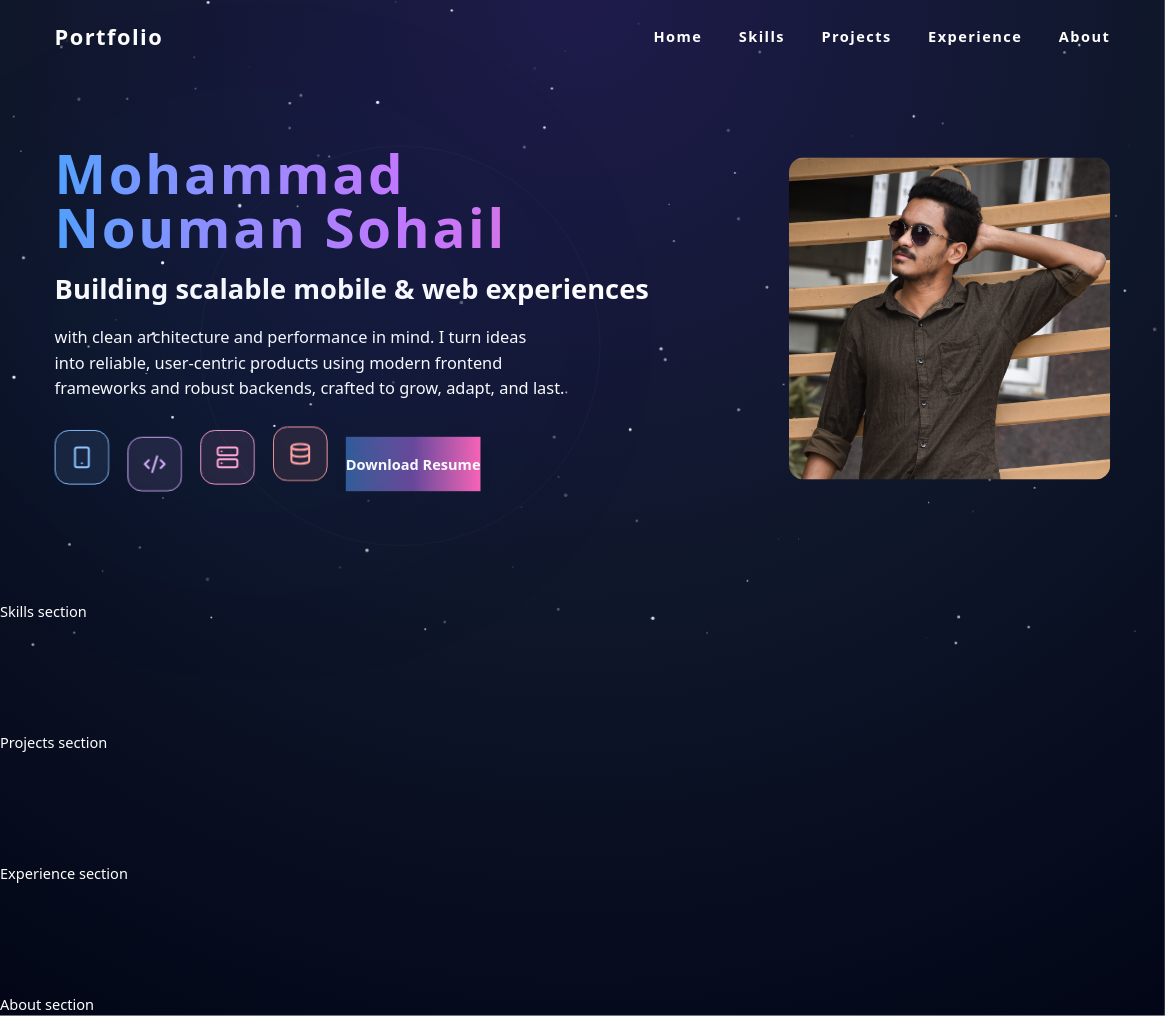
Repository: NoumanSohail/Nouman-Sohail-Portfolio
Page: /
The author's editor kept a copy of each file at every save. The page is drawn from the files as they stood at one save, then again after the next save.
The browser window is 1280 px wide. The pictures show the whole page, at 91% of full size.
The project was rebuilt for these pictures with package versions that can differ from the ones it lists, and the page was loaded fresh each time. The framework's server and built-in components were replaced by stand-ins that run in the browser. Also part of the build but not shown: next.config.ts.

Above is the page before, as saved 2026-01-24 21:21:03.

### app/layout.tsx
import type { Metadata } from "next";
import { Geist, Geist_Mono } from "next/font/google";
import "./globals.css";
import Navbar from "./components/header/Navbar";
import StarBackground from "./components/ui/StarBackground";

const geistSans = Geist({
  variable: "--font-geist-sans",
  subsets: ["latin"],
});

const geistMono = Geist_Mono({
  variable: "--font-geist-mono",
  subsets: ["latin"],
});

export const metadata: Metadata = {
  title: "Create Next App",
  description: "Generated by create next app",
};

export default function RootLayout({
  children,
}: Readonly<{
  children: React.ReactNode;
}>) {
  return (
    <html lang="en">
      <body
        className={`${geistSans.variable} ${geistMono.variable} antialiased`}
      >
        <StarBackground />
        <Navbar />
        {children}
      </body>
    </html>
  );
}

### app/page.tsx
import React from 'react'
import Hero from './components/sections/Hero'
import Skills from './components/sections/Skills'
import Projects from './components/sections/Projects'
import Experience from './components/sections/Experience'
import About from './components/sections/About'

const page = () => {
  return (
    <div>
      <Hero />
      <Skills />
      <Projects />
      <Experience />
      <About />
    </div>
  )
}

export default page

### app/globals.css
@import "tailwindcss";

html {
  scroll-behavior: smooth;
}

body {
  overflow-x: hidden;
  position: relative;
  background: radial-gradient(circle at 50% 0%, #1e1b4b, #0f172a, #020617);
  min-height: 100vh;
}

### app/components/header/Navbar.tsx
"use client";

import { useEffect, useState } from "react";
import { navLinks } from "@/app/data";
import Link from "next/link";
import { Menu, X } from "lucide-react";

const Navbar = () => {
  const [isScrolled, setIsScrolled] = useState(false);
  const [menuOpen, setMenuOpen] = useState(false);

  useEffect(() => {
    const handleScroll = () => setIsScrolled(window.scrollY > 20);
    window.addEventListener("scroll", handleScroll);
    return () => window.removeEventListener("scroll", handleScroll);
  }, []);

  return (
    <header
      className={`fixed top-0 left-0 right-0 z-50 transition-all ${
        isScrolled
          ? "bg-transparent backdrop-blur-md border-b border-white/20 shadow-lg py-3"
          : "bg-transparent py-6"
      }`}
    >
      <div className="w-full mx-auto max-w-384 flex items-center justify-between px-5 md:px-10 lg:px-15 text-white tracking-widest">
        <h1 className="font-bold text-2xl">Portfolio</h1>

        {/* large displays like laptops */}
        <nav className="hidden lg:flex">
          {navLinks.map((links) => (
            <div key={links.name} className="flex ml-10 font-semibold">
              <Link href={links.id}>{links.name}</Link>
            </div>
          ))}
        </nav>

        {/* Mobile Hamburger */}
        <div className="lg:hidden flex items-center justify-center">
          <button
            onClick={() => setMenuOpen(!menuOpen)}
            className="text-zinc-400"
          >
            <Menu size={30} />
          </button>
        </div>

        {menuOpen && (
          <div className="fixed inset-0 h-screen flex justify-end bg-black/40 backdrop-blur-sm">
            <div className="relative h-full w-[60%] bg-[#0f172a] text-white flex items-center transition-transform duration-300 translate-x-0">
              <button
                onClick={() => setMenuOpen(false)}
                className={`absolute top right-5 md:right-10 text-white ${isScrolled ? "top-3" : "top-6"}`}
              >
                <X size={30} />
              </button>

              <nav className="flex flex-col p-10 gap-10 mt-20">
                {navLinks.map((links) => (
                  <Link
                    key={links.name}
                    href={links.id}
                    onClick={() => setMenuOpen(false)}
                    className="font-semibold"
                  >
                    {links.name}
                  </Link>
                ))}
              </nav>
            </div>
          </div>
        )}
      </div>
    </header>
  );
};

export default Navbar;

### app/components/ui/StarBackground.tsx
"use client";

import { useEffect, useRef } from "react";

const StarBackground = () => {
  const canvasRef = useRef<HTMLCanvasElement | null>(null);

  useEffect(() => {
    const canvas = canvasRef.current;
    if (!canvas) return;

    const ctx = canvas.getContext("2d");
    if (!ctx) return;

    let stars: any[] = [];
    const STAR_COUNT = 120;

    const resize = () => {
      canvas.width = window.innerWidth;
      canvas.height = window.innerHeight;
    };

    resize();
    window.addEventListener("resize", resize);

    // Create stars
    stars = Array.from({ length: STAR_COUNT }).map(() => ({
      x: Math.random() * canvas.width,
      y: Math.random() * canvas.height,
      radius: Math.random() * 1.5 + 0.5,
      speed: Math.random() * 0.3 + 0.1,
      opacity: Math.random(),
    }));

    const animate = () => {
      ctx.clearRect(0, 0, canvas.width, canvas.height);

      stars.forEach((star) => {
        star.y += star.speed;
        if (star.y > canvas.height) {
          star.y = 0;
          star.x = Math.random() * canvas.width;
        }

        ctx.beginPath();
        ctx.arc(star.x, star.y, star.radius, 0, Math.PI * 2);
        ctx.fillStyle = `rgba(255,255,255,${star.opacity})`;
        ctx.fill();
      });

      requestAnimationFrame(animate);
    };

    animate();

    return () => window.removeEventListener("resize", resize);
  }, []);

  return (
    <canvas
      ref={canvasRef}
      className="fixed inset-0 pointer-events-none -z-10"
    />
  );
};

export default StarBackground;

### app/components/sections/Hero.tsx
"use client";

import { personaldetails } from "@/app/data";
import Image from "next/image";
import me from "@/public/images/me.jpg";
import { Code2, Database, Server, Smartphone } from "lucide-react";
import { motion } from "framer-motion";
import Button from "../ui/Button";

const Hero = () => {
  return (
    <section
      id="home"
      className="scroll-mt-40 w-full mx-auto max-w-384 px-5 md:px-10 lg:px-15 text-white mt-30 xl:mt-40 overflow-hidden"
    >
      {/* Central Glowing Orb */}
      <div
        className="absolute hidden lg:block lg:left-55 xl:left-0 w-[45%] h-[45%] bg-blue-700/50 rounded-full
          blur-[120px] opacity-10 animate-pulse [animation-delay:2000ms] z-0
        "
      />

      {/* Orbiting Elements */}
      <div
        className="absolute hidden lg:block left-55 w-110 h-110 border border-white/5 rounded-full
          animate-spin [animation-duration:20s] z-10
        "
      />

      <div className="flex flex-col lg:flex-row items-center justify-center gap-7 lg:gap-20 text-center lg:text-start">
        <div className="flex flex-col gap-5">
          <motion.div
            initial={{ x: -100, opacity: 0 }}
            whileInView={{ x: 0, opacity: 1 }}
            viewport={{ once: false, amount: 0.3 }}
            transition={{ duration: 0.8, ease: "easeOut" }}
            className="flex flex-col gap-5"
          >
            <h1 className="font-black text-4xl lg:text-5xl xl:text-6xl tracking-wider text-balance text-transparent bg-clip-text bg-linear-to-r from-blue-400 via-purple-400 to-pink-400">
              {personaldetails.name}
            </h1>
            <h2 className="font-semibold text-2xl lg:text-3xl">
              {personaldetails.tagline}
            </h2>
            <p className="lg:text-lg lg:text-balance">
              {personaldetails.statement}
            </p>
          </motion.div>

          <motion.div
            initial={{ scale: 0.8, opacity: 0 }}
            whileInView={{ scale: 1, opacity: 1 }}
            viewport={{ once: false, amount: 0.3 }}
            transition={{
              duration: 0.5,
              ease: "easeOut",
            }}
            className="flex gap-5 mt-5 items-center justify-center lg:items-start lg:justify-start"
          >
            <div className="flex gap-5">
              <Smartphone
                size={60}
                className="p-4 border rounded-2xl backdrop-blur-xs bg-blue-300/10 hover:scale-110
                        border-blue-300  hover:border-blue-300 text-blue-300 hover:text-blue-300
                        transition-all duration-300 animate-bounce [animation-delay:0ms]"
              />
              <Code2
                size={60}
                className="p-4 border rounded-2xl backdrop-blur-xs bg-purple-300/10 hover:scale-110
                        border-purple-300 hover:border-purple-300 text-purple-300 hover:text-purple-300
                        transition-all duration-300 animate-bounce [animation-delay:100ms]"
              />
              <Server
                size={60}
                className="p-4 border rounded-2xl backdrop-blur-xs bg-pink-300/10 hover:scale-110
                        border-pink-300 hover:border-pink-300 text-pink-300 hover:text-pink-300
                        transition-all duration-300 animate-bounce [animation-delay:200ms]"
              />
              <Database
                size={60}
                className="p-4 border rounded-2xl backdrop-blur-xs bg-red-300/10 hover:scale-110
                        border-red-300 hover:border-red-300 text-red-300 hover:text-red-300
                        transition-all duration-300 animate-bounce [animation-delay:300ms]"
              />
              <Button title="Download Resume" onClick={() => {}} className="bg-linear-to-r from-blue-400/50 via-purple-400/50 to-pink-400" />
            </div>
          </motion.div>
        </div>

        <motion.div
          initial={{ x: 100, opacity: 0 }}
          whileInView={{ x: 0, opacity: 1 }}
          viewport={{ once: false, amount: 0.3 }}
          transition={{ duration: 0.8, ease: "easeOut" }}
        >
          <Image
            src={me}
            alt={personaldetails.name}
            height={350}
            width={350}
            className="rounded-2xl lg:h-3xl lg:w-3xl"
          />
        </motion.div>
      </div>
    </section>
  );
};

export default Hero;

### app/components/sections/Skills.tsx

const Skills = () => {
  return (
    <section id="skills" className="h-fit">
      <div className="text-white pt-30">Skills section</div>
    </section>
  );
};

export default Skills;

### app/components/sections/Projects.tsx

const Projects = () => {
  return (
    <section id="projects" className="h-fit">
      <div className="text-white pt-30">Projects section</div>
    </section>
  )
}

export default Projects

### app/components/sections/Experience.tsx

const Experience = () => {
  return (
    <section id="experience" className="h-fit">
      <div className="text-white pt-30">Experience section</div>
    </section>
  );
};

export default Experience;

### app/components/sections/About.tsx

const About = () => {
  return (
    <section id="about" className="h-fit">
      <div className="text-white pt-30">About section</div>
    </section>
  )
}

export default About

### app/data.tsx
export const navLinks = [
  { name: "Home", id: "/#home" },
  { name: "Skills", id: "/#skills" },
  { name: "Projects", id: "/#projects" },
  { name: "Experience", id: "/#experience" },
  { name: "About", id: "/#about" },
];

export const personaldetails = {
  name: "Mohammad Nouman Sohail",
  role: "Full Stack Mobile & Web Developer",
  tagline: "Building scalable mobile & web experiences",
  statement:
    "with clean architecture and performance in mind. I turn ideas into reliable, user-centric products using modern frontend frameworks and robust backends, crafted to grow, adapt, and last.",
};

### app/components/ui/Button.tsx
import { ReactNode } from "react";

interface ButtonProps {
  title: string;
  onClick: () => void;
  type?: "button" | "submit";
  disabled?: boolean;

  /* 🔹 Optional Icon */
  icon?: ReactNode;
  iconPosition?: "left" | "right";

  /* 🔹 External Styles */
  className?: string;
}

const Button = ({
  title,
  onClick,
  type = "button",
  disabled = false,
  icon,
  iconPosition = "left",
  className = "",
}: ButtonProps) => {
  return (
    <button
      type={type}
      onClick={!disabled ? onClick : undefined}
      disabled={disabled}
      className={`
        group
        font-bold shadow-lg
        transition-all transform
        flex items-center justify-center gap-2
        duration-300
        ${
          disabled
            ? "bg-(--color-gray) text-white cursor-not-allowed opacity-70 transition-all duration-300"
            : "bg-(--color-primary) text-white hover:bg-gray-300 hover:scale-105 cursor-pointer transition-all duration-300"
        }

        ${className}
      `}
    >
      {/* ICON LEFT */}
      {icon && iconPosition === "left" && (
        <span className="button-icon flex items-center">{icon}</span>
      )}

      <span>{title}</span>

      {/* ICON RIGHT */}
      {icon && iconPosition === "right" && (
        <span className="button-icon flex items-center">{icon}</span>
      )}
    </button>
  );
};

export default Button;

After the next save:
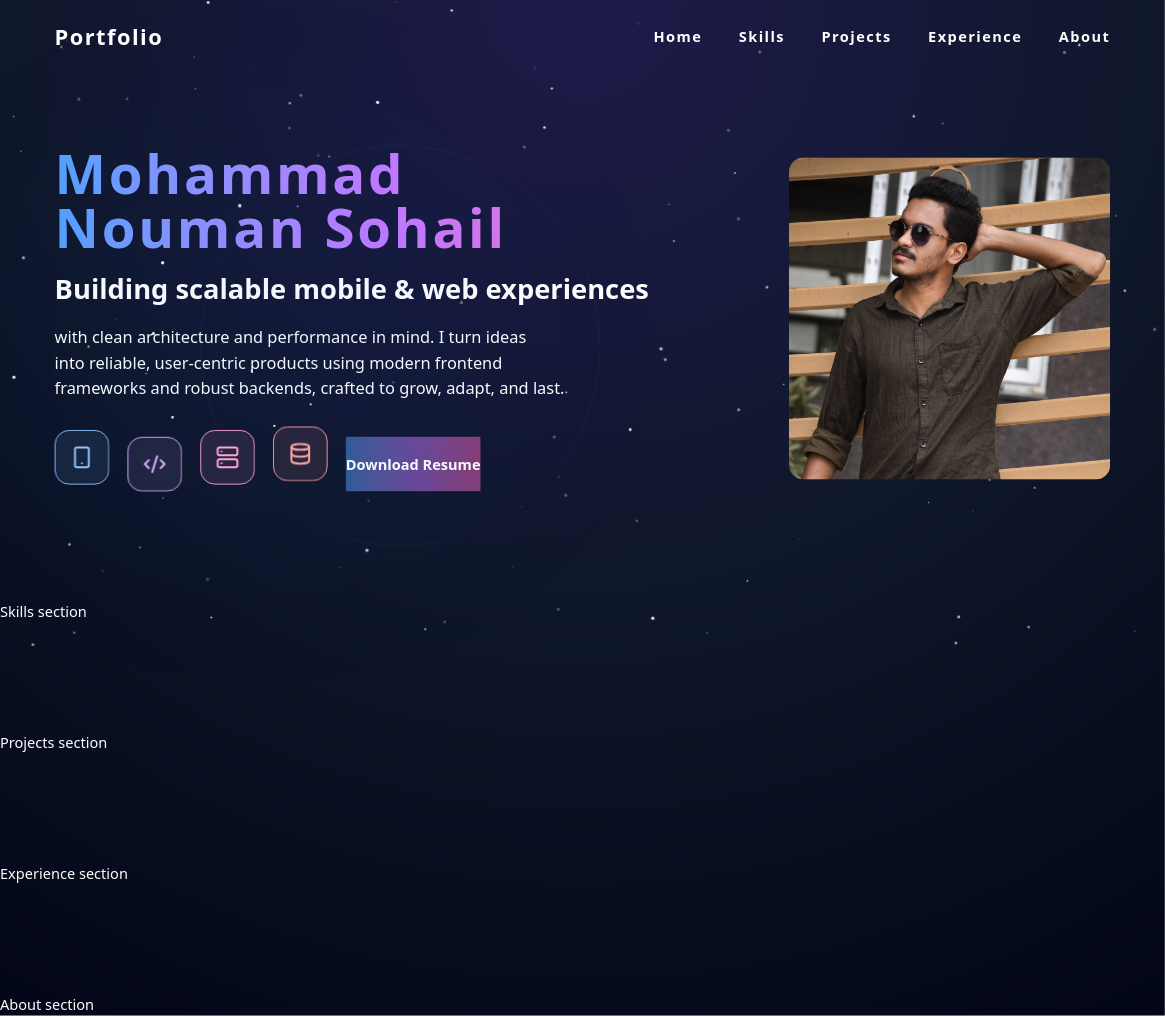
Saved 5 s later.
--- a/app/components/sections/Hero.tsx
+++ b/app/components/sections/Hero.tsx
@@ -82,7 +82,7 @@ const Hero = () => {
                         border-red-300 hover:border-red-300 text-red-300 hover:text-red-300
                         transition-all duration-300 animate-bounce [animation-delay:300ms]"
               />
-              <Button title="Download Resume" onClick={() => {}} className="bg-linear-to-r from-blue-400/50 via-purple-400/50 to-pink-400" />
+              <Button title="Download Resume" onClick={() => {}} className="bg-linear-to-r from-blue-400/50 via-purple-400/50 to-pink-400/50" />
             </div>
           </motion.div>
         </div>
